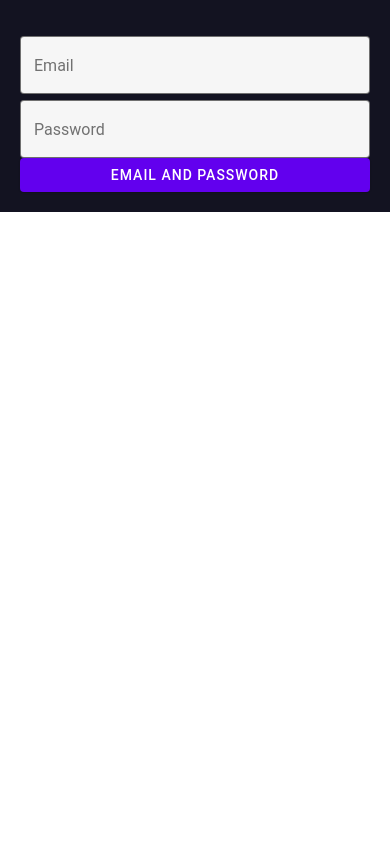
Repository: pascalgrim/GymTracker
Screen: /
These files come from the project's save history. The screen is drawn as it stood at one moment and after the next save; the edit follows.
The app was drawn by React Native's web renderer in a window 390 px wide. The project was rebuilt for these pictures with package versions that can differ from the ones it lists, and the page was loaded fresh each time. Also part of the build but not shown: components/menuCard.js, components/Dashboard.js, firebase.js, context/AuthContext.js.

Above is the screen before, as saved 2021-11-05 19:54:36.

### App.js
import { StatusBar } from "expo-status-bar";
import React from "react";
import {
  Button,
  StyleSheet,
  Text,
  View,
  TouchableOpacity,
  Image,
  SafeAreaView,
} from "react-native";
import MenuCard from "./components/menuCard";

// LOGOS
import mainLogo from "./imgs/mainLogo.png";
import SettingsIcon from "./imgs/mainSettings.png";

// ICONS FOR CARDS
import IconSessions from "./imgs/schreibe-brief.png";
import Dashboard from "./components/Dashboard";
import Signup from "./components/Signup";

export default function App() {
  return (
    <View >
      {/* <Dashboard/> */}
      <Signup/>

      <StatusBar style="auto" />
    </View>
  );
}

const styles = StyleSheet.create({
  container: {
    flex: 1,
    backgroundColor: "#131321",
    paddingLeft: 20,
    paddingRight: 20,
    paddingTop: 30,
    paddingBottom: 20,
  },
});

### components/Signup.js
import React from 'react'
import {Card, Button,TextInput,Appbar} from 'react-native-paper';
import { View,StyleSheet } from 'react-native';
import { useRef ,useState} from 'react'
import { Link,Route,BrowserRouter as Router,Routes } from 'react-router-dom';
// import Button from '@mui/material/Button';
import {useAuth} from "../context/AuthContext"

export default function Signup() {
    const emailRef = useRef()
    const passwordRef = useRef()
    const passwordConfirmRef = useRef()
    const signup = useAuth()
    const [error,setError] = useState("")
    const [loading,setLoading] = useState(false)

    async function handleSubmit(e){
        e.preventDefault()
        console.log((passwordRef.current.value).length)

        if (passwordRef.current.value !== passwordConfirmRef.current.value){
            return setError("Passwords do not match.")
        }
        else if ((passwordRef.current.value).length < 6){
            return setError("Passwords must have at least 6 characters.")
        }
        try{
            setError("")
            setLoading(true)
            await signup(emailRef.current.value,passwordRef.current.value)
            history.push("/")
        }catch{
            setError("Failed to create an Account.")
        }
        setLoading(false)


    }
    return (
        <View style={styles.container}>
        <TextInput label="Email" mode="outlined"/>
        <TextInput label="Password" mode="outlined" secureTextEntry={true}/>
        <Button dark={true} mode="contained" onPress={handleSubmit}>
            Email And Password
            </Button>
        </View>

    )
}

const styles = StyleSheet.create({
    container: {
      flex: 1,
      backgroundColor: "#131321",
      paddingLeft: 20,
      paddingRight: 20,
      paddingTop: 30,
      paddingBottom: 20,
    },
  });

After the next save:
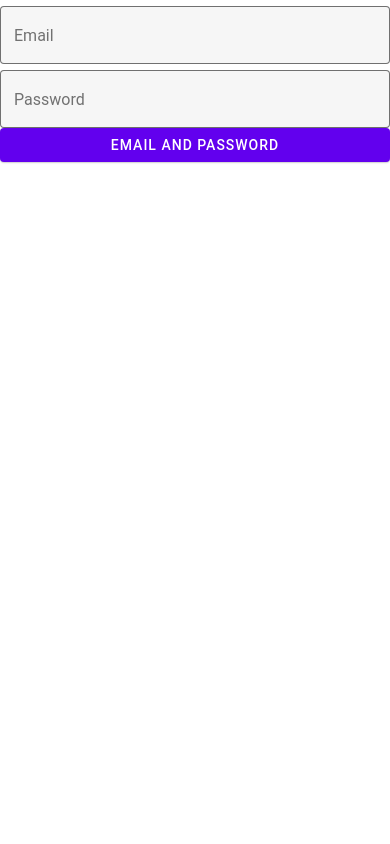
Saved 13 s later.
--- a/components/Signup.js
+++ b/components/Signup.js
@@ -50,11 +50,6 @@ export default function Signup() {
 
 const styles = StyleSheet.create({
     container: {
-      flex: 1,
-      backgroundColor: "#131321",
-      paddingLeft: 20,
-      paddingRight: 20,
-      paddingTop: 30,
-      paddingBottom: 20,
+
     },
   });
